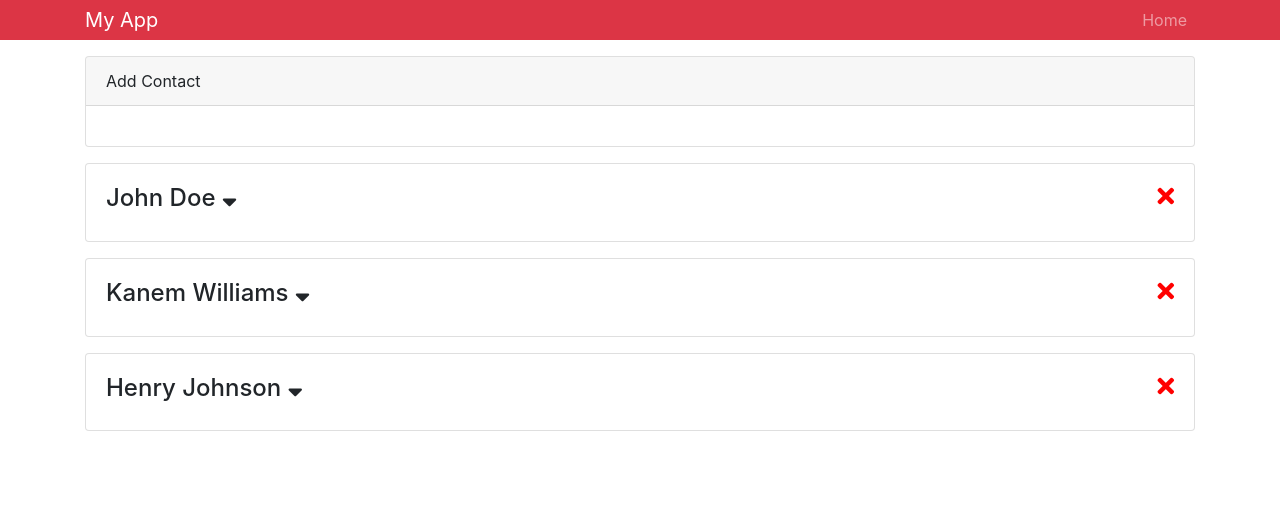
Repository: Mtbwka/contactmanager
Page: /about
An editor plug-in stored every save of this project. The page is shown before and after the next save, followed by the edit.
The browser window is 1280 px wide. The pictures show the whole page.
Some web libraries are served in a nearby version. The project was rebuilt for these pictures with package versions that can differ from the ones it lists, and the page was loaded fresh each time.

Above is the page before, as saved 2019-05-08 17:54:32.

### public/index.html
<!DOCTYPE html>
<html lang="en">
  <head>
    <meta charset="utf-8" />
    <link rel="shortcut icon" href="%PUBLIC_URL%/favicon.ico" />
    <meta
      name="viewport"
      content="width=device-width, initial-scale=1, shrink-to-fit=no"
    />
    <meta name="theme-color" content="#000000" />
    <link rel="stylesheet" href="https://use.fontawesome.com/releases/v5.1.1/css/all.css" integrity="sha384-O8whS3fhG2OnA5Kas0Y9l3cfpmYjapjI0E4theH4iuMD+pLhbf6JI0jIMfYcK3yZ" crossorigin="anonymous">
    <!--
      manifest.json provides metadata used when your web app is installed on a
      user's mobile device or desktop. See https://developers.google.com/web/fundamentals/web-app-manifest/
    -->
    <link rel="manifest" href="%PUBLIC_URL%/manifest.json" />
    <!--
      Notice the use of %PUBLIC_URL% in the tags above.
      It will be replaced with the URL of the `public` folder during the build.
      Only files inside the `public` folder can be referenced from the HTML.

      Unlike "/favicon.ico" or "favicon.ico", "%PUBLIC_URL%/favicon.ico" will
      work correctly both with client-side routing and a non-root public URL.
      Learn how to configure a non-root public URL by running `npm run build`.
    -->
    <title>React App</title>
  </head>
  <body>
    <noscript>You need to enable JavaScript to run this app.</noscript>
    <div id="root"></div>
    <!--
      This HTML file is a template.
      If you open it directly in the browser, you will see an empty page.

      You can add webfonts, meta tags, or analytics to this file.
      The build step will place the bundled scripts into the <body> tag.

      To begin the development, run `npm start` or `yarn start`.
      To create a production bundle, use `npm run build` or `yarn build`.
    -->
  </body>
</html>

### src/App.js
import React, { Component } from 'react';
import Contacts from './components/contacts/Contacts';
import Header from './components/layout/Header';
import AddContact from './components/contacts/AddContact';
import { Provider } from './context';

import 'bootstrap/dist/css/bootstrap.min.css';

class App extends Component {
  render() {
    return (
      <Provider>
        <div className='App'>
          <Header />
          <div className='container'>
            <AddContact />
            <Contacts />
          </div>
        </div>
      </Provider>
    );
  }
}

export default App;

### src/components/contacts/Contacts.js
import React, { Component } from 'react';
import Contact from './Contact.js';
import { Consumer } from '../../context';

class Contacts extends Component {
  render() {
    return (
      <Consumer>
        {value => {
          return (
            <React.Fragment>
              {value.contacts.map(contact => (
                <Contact key={contact.id} contact={contact} />
              ))}
            </React.Fragment>
          );
        }}
      </Consumer>
    );
  }
}

export default Contacts;

### src/components/layout/Header.js
import React from 'react';
import PropTypes from 'prop-types';

// export default function Header() {
//   return <div />;
// }

const Header = props => {
  const { branding } = props;
  return (
    <nav className="navbar navbar-expand-sm navbar-dark bg-danger mb-3 py-0">
      <div className="container">
        <a href="/" className="navbar-brand">{branding}</a>
        <div>
          <ul className="navbar-nav mr-auto">
            <li className="nav-item">
              <a href="/" className="nav-link">Home</a>
            </li>
          </ul>
        </div>
      </div>
    </nav>
  );
};

Header.defaultProps = {
  branding: 'My App'
};

Header.propTypes = {
  branding: PropTypes.string.isRequired
};

export default Header;

### src/components/contacts/AddContact.js
import React, { Component } from 'react';

class AddContact extends Component {
  state = {
    name: '',
    email: '',
    phone: ''
  };

  render() {
    return (
      <div className='card mb-3'>
        <div className='card-header'>Add Contact</div>
        <div className='card-body'>
          <form action='' />
        </div>
      </div>
    );
  }
}

export default AddContact;

### src/context.js
import React, { Component } from 'react';

const Context = React.createContext();

const reducer = (state, action) => {
  switch (action.type) {
    case 'DELETE_CONTACT':
      return {
        ...state,
        contacts: state.contacts.filter(
          contact => contact.id !== action.payload
        )
      };
    default:
      return state;
  }
};

export class Provider extends Component {
  state = {
    contacts: [
      {
        id: 1,
        name: 'John Doe',
        email: 'jdoe@gmail.com',
        phone: '555-555-5555'
      },
      {
        id: 2,
        name: 'Kanem Williams',
        email: 'karen@gmail.com',
        phone: '222-222-2222'
      },
      {
        id: 3,
        name: 'Henry Johnson',
        email: 'henry@gmail.com',
        phone: '111-111-1111'
      }
    ],
    dispatch: action => this.setState(state => reducer(state, action))
  };

  render() {
    return (
      <Context.Provider value={this.state}>
        {this.props.children}
      </Context.Provider>
    );
  }
}

export const Consumer = Context.Consumer;

### src/components/contacts/Contact.js
import React, { Component } from 'react';
import PropTypes from 'prop-types';
import { Consumer } from '../../context';

class Contact extends Component {
  state = {
    showContactInfo: false
  };

  onDeleteClick = (id, dispatch) => {
    dispatch({ type: 'DELETE_CONTACT', payload: id });
  };

  render() {
    const { id, name, email, phone } = this.props.contact;
    const { showContactInfo } = this.state;

    return (
      <Consumer>
        {value => {
          const { dispatch } = value;
          return (
            <div className='card card-body mb-3'>
              <h4>
                {name}{' '}
                <i
                  onClick={() =>
                    this.setState({
                      showContactInfo: !this.state.showContactInfo
                    })
                  }
                  className='fas fa-sort-down'
                  style={{ cursor: 'pointer' }}
                />
                <i
                  className='fas fa-times'
                  style={{ float: 'right', cursor: 'pointer', color: 'red' }}
                  onClick={this.onDeleteClick.bind(this, id, dispatch)}
                />
              </h4>
              {showContactInfo ? (
                <ul className='list-group'>
                  <li className='list-group-item'>Email:{email}</li>
                  <li className='list-group-item'>Phone:{phone}</li>
                </ul>
              ) : null}
            </div>
          );
        }}
      </Consumer>
    );
  }
}

Contact.propTypes = {
  contact: PropTypes.object.isRequired
};
export default Contact;

Loaded but not shown: src/index.js (common file); src/serviceWorker.js (common file)

After the next save:
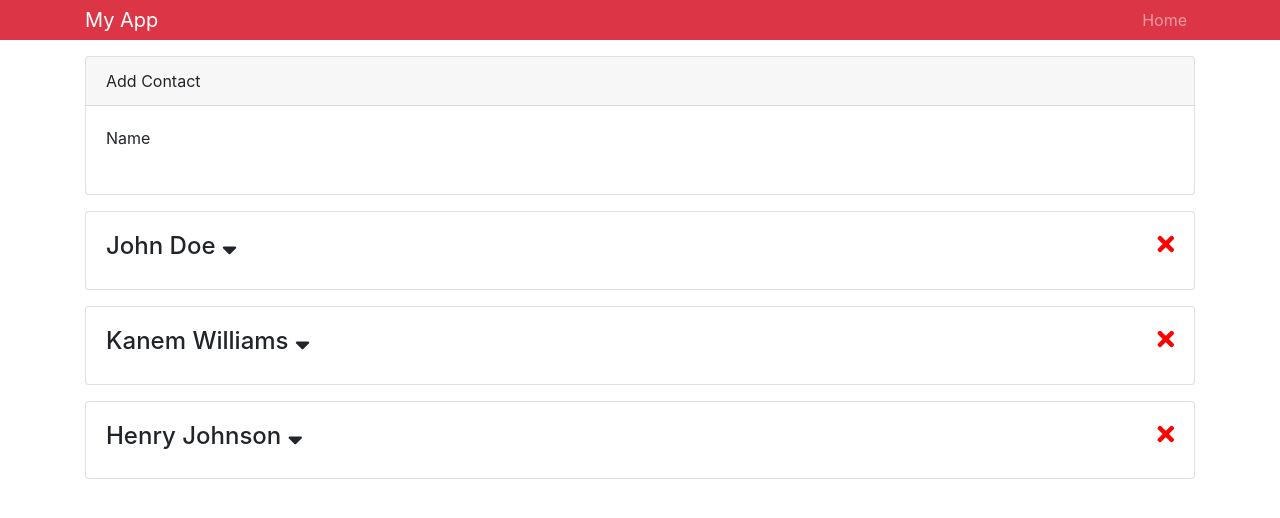
Saved 31 s later.
--- a/src/components/contacts/AddContact.js
+++ b/src/components/contacts/AddContact.js
@@ -12,7 +12,11 @@ class AddContact extends Component {
       <div className='card mb-3'>
         <div className='card-header'>Add Contact</div>
         <div className='card-body'>
-          <form action='' />
+          <form>
+            <div className='form-group'>
+              <label htmlFor='name'>Name</label>
+            </div>
+          </form>
         </div>
       </div>
     );
